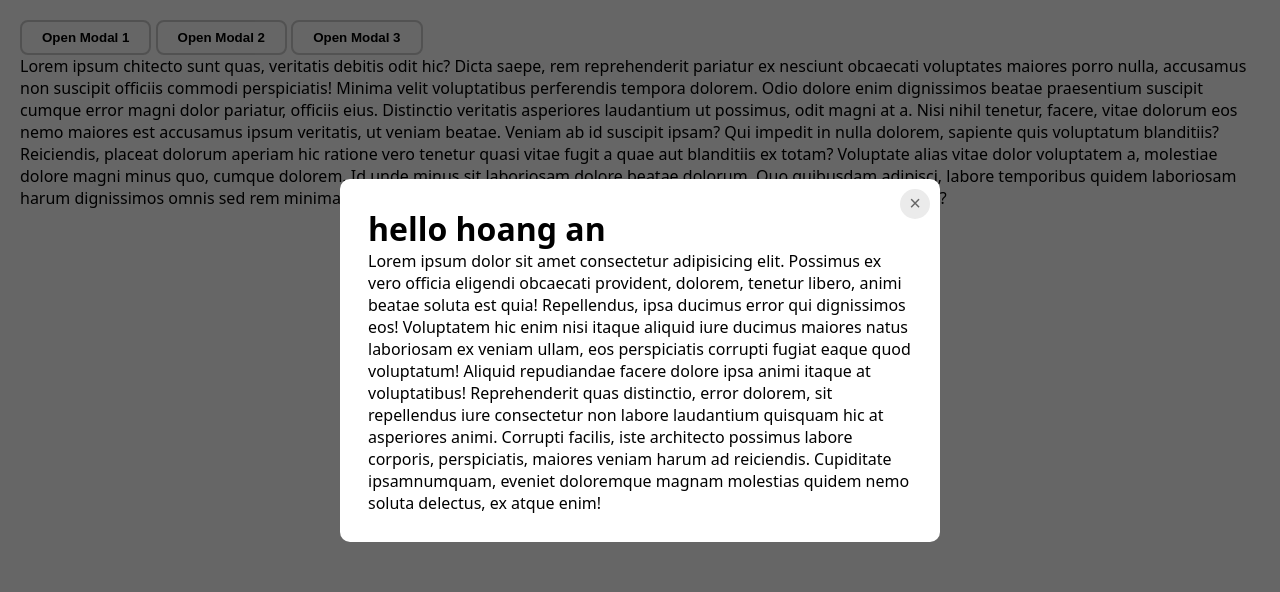
Repository: hoangan3526/Javascript-project
Page: index.html
The author's editor kept a copy of each file at every save. The page is drawn from the files as they stood at one save, then again after the next save.
The browser window is 1280 px wide. The pictures show the whole page.

Above is the page before, as saved 2026-05-04 08:46:02.

After the next save:
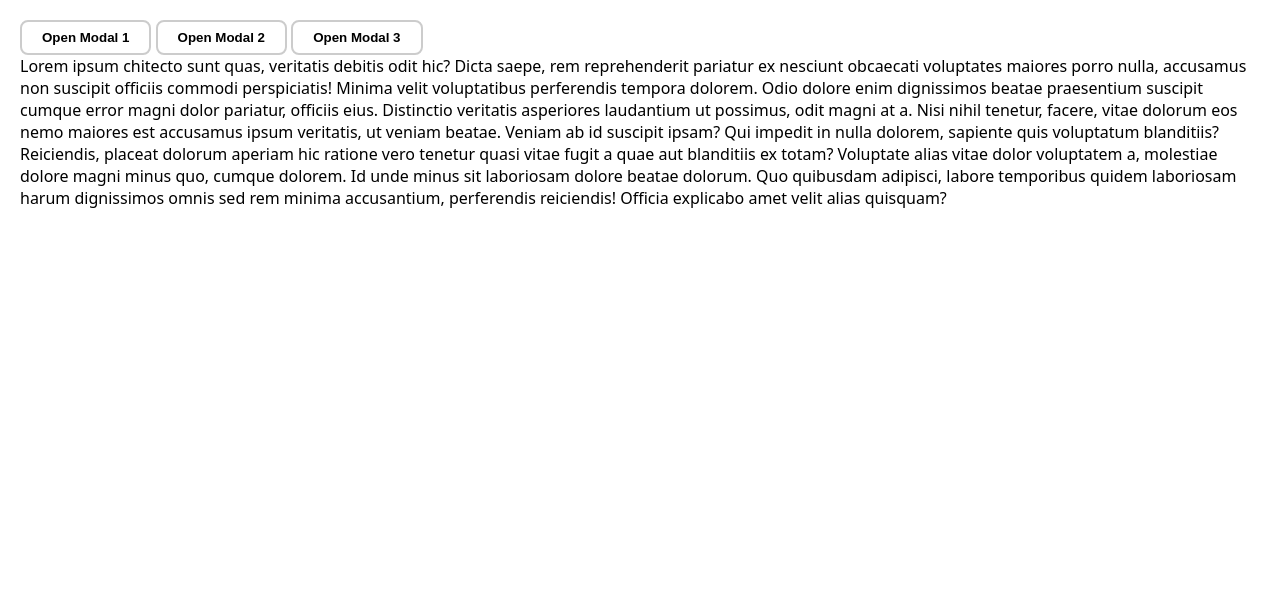
Console error: ReferenceError: div is not defined
Saved 38 min 29 s later.
--- a/main.js
+++ b/main.js
@@ -2,7 +2,7 @@
 const $$ = document.querySelectorAll.bind(document);
 
 function Modal(options = {}) {
-    const { templateId, classCSS= [], destroyOnClose = true, closeMethods =["button" , "overlay", "escape"] , onOpen , onClose } = options;
+    const { templateId, classCSS= [], destroyOnClose = true, closeMethods =["button" , "overlay", "escape"] , onOpen , onClose  , footer = false} = options;
         const template = $(`#${templateId}`);
 
         if (!template) {
@@ -61,6 +61,11 @@
         // Append content and elements
         modalContent.append(content);
         container.append(modalContent);
+        if ( footer){
+            const footerContent = document.createElement("div");
+            div.innerHTML = 'try hard';
+            modalContent.append(footerContent);
+        }
         this._backdrop.append(container);
         document.body.append(this._backdrop);
 
@@ -178,7 +183,7 @@
     {
         templateId: "modal-3",
 
-
+        footer : true,
         onOpen : () => {
             console.log("Open Modal 3 ");
 

After the save that followed:
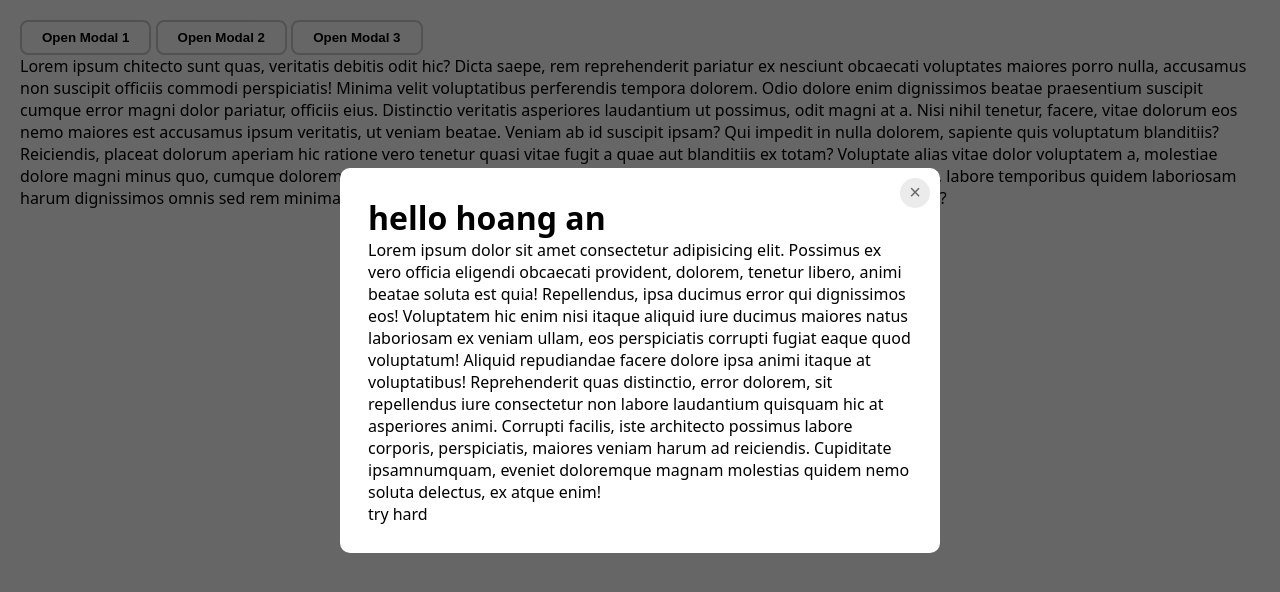
The error is gone.
Saved 98 s later.
--- a/main.js
+++ b/main.js
@@ -63,7 +63,7 @@
         container.append(modalContent);
         if ( footer){
             const footerContent = document.createElement("div");
-            div.innerHTML = 'try hard';
+            footerContent.innerHTML = 'try hard';
             modalContent.append(footerContent);
         }
         this._backdrop.append(container);
